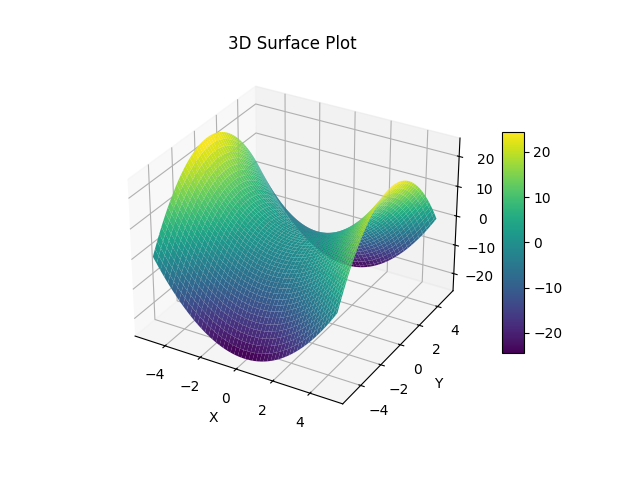
Repository: leoh1223/HW_Python
Script's output: python HW.py
These files come from the project's save history. The script's output is drawn as it stood at one moment and after the next save; the edit follows.
Each picture stacks the figures in order, with grey between them; figures that are only written to a file come last. Random numbers start from a fixed seed.

Above is the script's output before, as saved 2024-01-08 15:15:59.

After the next save:
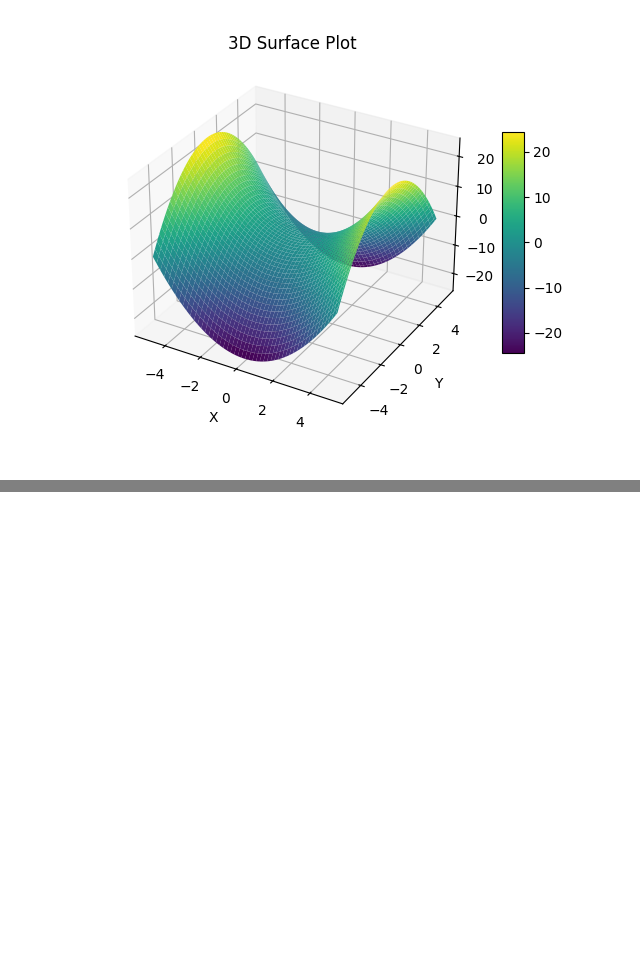
Saved 2 min 2 s later.
--- a/HW.py
+++ b/HW.py
@@ -30,3 +30,4 @@ ax.set_title('3D Surface Plot')
 
 # Show the plot
 plt.show()
+plt.savefig('3d_surface_plot.png', dpi=300)  # Specify the filename and optional DPI

After the save that followed:
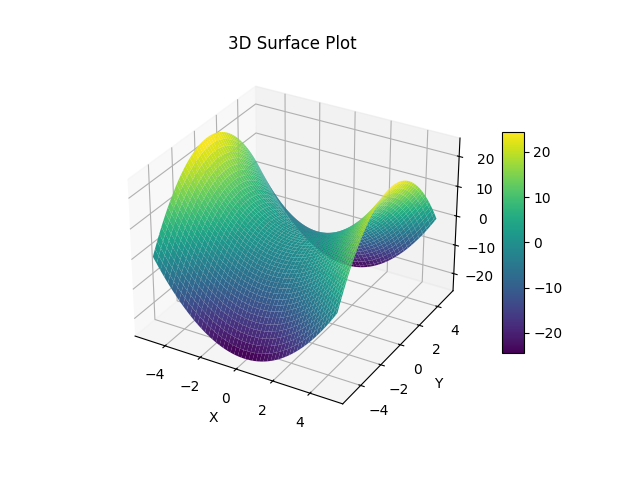
Saved 92 s later.
--- a/HW.py
+++ b/HW.py
@@ -29,5 +29,6 @@ ax.set_zlabel('Z')
 ax.set_title('3D Surface Plot')
 
 # Show the plot
+plt.savefig('3d_surface_plot.png', dpi=300)  # Specify the filename and optional DPI
+
 plt.show()
-plt.savefig('3d_surface_plot.png', dpi=300)  # Specify the filename and optional DPI
